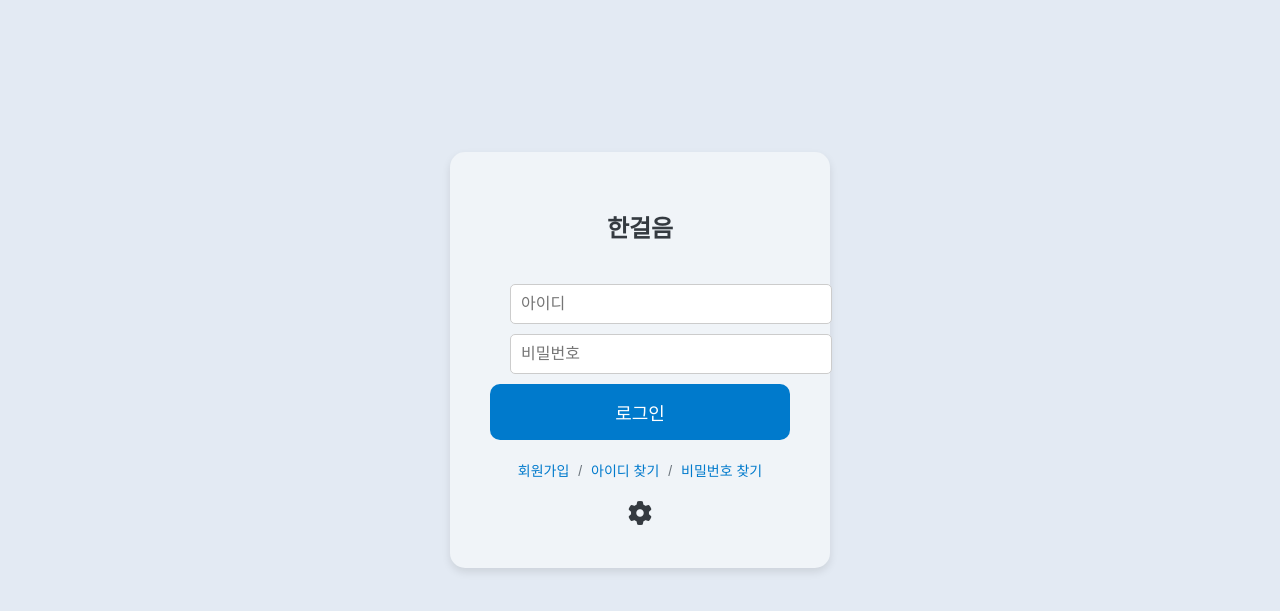
Repository: step-by-steps/step_by_steps_web
Page: http://localhost/login
An editor plug-in stored every save of this project. The page is shown before and after the next save, followed by the edit.
The browser window is 1280 px wide. The pictures show the whole page.
The page is served by the project's application, run on Flask 3 (main.py).

Above is the page before, as saved 2024-08-07 18:35:14.

### templates/login.html
<!DOCTYPE html>
<html lang="ko">
<head>
    <meta charset="UTF-8">
    <meta name="viewport" content="width=device-width, initial-scale=1.0">
    <title>로그인</title>
    <link rel="stylesheet" href="{{ url_for('static', filename='css/style.css') }}">
    <link rel="stylesheet" href="https://cdnjs.cloudflare.com/ajax/libs/font-awesome/6.0.0-beta3/css/all.min.css">
    <script>
        window.onload = function() {
            var storedFontSize = localStorage.getItem('fontSize');
            if (storedFontSize) {
                document.body.style.fontSize = storedFontSize + 'px';
            }
        }
    </script>
</head>
<body>
    <div class="container">
        <h1>한걸음</h1>
        <form method="POST" action="{{ url_for('login') }}">
            <input type="text" name="username" placeholder="아이디" class="input-field">
            <input type="password" name="password" placeholder="비밀번호" class="input-field">
            <button type="submit" class="login-btn">로그인</button>
        </form>
        <div class="footer-links">
            <a href="#">회원가입</a> / <a href="#">아이디 찾기</a> / <a href="#">비밀번호 찾기</a>
        </div>
        <div class="settings-icon">
            <a href="{{ url_for('settings') }}"><i class="fas fa-cog"></i></a>
        </div>
    </div>
</body>
</html>

### main.py
from flask import Flask, render_template, request, redirect, url_for, session
import mysql.connector

app = Flask(__name__)
app.secret_key = '011'

db_config = {
    'user': 'ondy',
    'password': '030104',
    'host': '172.20.10.12',
    'database': 'login_data',
    'collation': 'utf8mb4_general_ci'
}

def get_db_connection():
    conn = mysql.connector.connect(**db_config)
    return conn

def validate_user(username, password):
    conn = get_db_connection()
    cursor = conn.cursor(dictionary=True)
    cursor.execute("SELECT * FROM users WHERE username=%s AND password=%s", (username, password))
    user = cursor.fetchone()
    # 모든 결과를 명시적으로 읽음
    while cursor.nextset():
        cursor.fetchall()
    cursor.close()
    conn.close()
    return user

@app.route('/')
def home():
    if 'username' in session:
        return redirect(url_for('index'))
    return redirect(url_for('login'))

@app.route('/index')
def index():
    if 'username' in session:
        return render_template('index.html')
    return redirect(url_for('login'))

@app.route('/login', methods=['GET', 'POST'])
def login():
    if request.method == 'POST':
        username = request.form['username']
        password = request.form['password']
        user = validate_user(username, password)
        if user:
            session['username'] = user['username']
            return redirect(url_for('index'))
        else:
            return '로그인 실패'
    return render_template('login.html')

@app.route('/logout')
def logout():
    session.pop('username', None)
    return redirect(url_for('login'))

@app.route('/step1')
def step1():
    if 'username' not in session:
        return redirect(url_for('login'))
    return "Step 1 page"

@app.route('/step2')
def step2():
    if 'username' not in session:
        return redirect(url_for('login'))
    return "Step 2 page"

@app.route('/step3')
def step3():
    if 'username' not in session:
        return redirect(url_for('login'))
    return "Step 3 page"

@app.route('/settings')
def settings():
    if 'username' in session:
        return render_template('settings.html')
    return redirect(url_for('login'))

if __name__ == '__main__':
    app.run(debug=True, port=5002)

### static/css/style.css
body {
    background-color: #E3EAF3; /* 밝은 블루그레이 배경색 */
    font-family: Arial, sans-serif;
    display: flex;
    justify-content: center;
    align-items: center;
    height: 100vh;
    margin: 0;
    font-size: 16px; /* 기본 글자 크기 */
}

.container {
    text-align: center;
    background-color: #F0F4F8; /* 기존보다 명도 높은 배경색 */
    padding: 40px;
    border-radius: 15px;
    box-shadow: 0 4px 8px rgba(0, 0, 0, 0.1);
    width: 300px;
}

h1 {
    margin-bottom: 40px;
    color: #343A40; /* 짙은 회색 텍스트 */
    font-size: 24px; /* 헤더 글자 크기 */
}

a.btn, button.btn {
    display: block;
    background-color: #007ACC; /* 선명한 파란색 버튼 */
    color: #fff;
    text-decoration: none;
    padding: 15px 20px;
    margin: 10px 0;
    border-radius: 10px;
    border: none;
    cursor: pointer;
    transition: background-color 0.3s ease;
    font-size: 18px; /* 버튼 글자 크기 */
    text-align: center; /* 추가 */
}
button.login-btn {
    display: block;
    width: 100%;
    background-color: #007ACC; /* 선명한 파란색 버튼 */
    color: #fff;
    text-decoration: none;
    padding: 15px 20px;
    margin: 10px 0;
    border-radius: 10px;
    border: none;
    cursor: pointer;
    transition: background-color 0.3s ease;
    font-size: 18px; /* 버튼 글자 크기 */
    text-align: center; /* 추가 */
}
a.btn:hover, button.btn:hover {
    background-color: #005f99; /* hover 효과를 위한 더 진한 파란색 */
}

.settings-icon {
    margin-top: 20px;
}

.settings-icon a {
    color: #343A40; /* 아이콘 색상 */
    font-size: 24px;
    text-decoration: none;
    transition: color 0.3s ease;
}

.settings-icon a:hover {
    color: #007ACC; /* 아이콘 hover 색상 */
}

.input-field {
    display: block;
    width: 100%;
    margin: 10px 20px;
    padding: 10px;
    border: 1px solid #ccc;
    border-radius: 5px;
    font-size: 16px; /* 입력 필드 글자 크기 */
}

.footer-links {
    margin-top: 20px;
    color: #6C757D;
    font-size: 14px;
}

.footer-links a {
    color: #007ACC;
    text-decoration: none;
    margin: 0 5px;
    font-size: 14px; /* 푸터 링크 글자 크기 */
}

.header {
    display: flex;
    align-items: center;
    margin-bottom: 20px;
}

.header h1 {
    flex: 1;
    text-align: center;
    margin: 0;
    color: #343A40;
}

.back-button {
    color: #343A40;
    text-decoration: none;
    font-size: 24px;
}

After the next save:
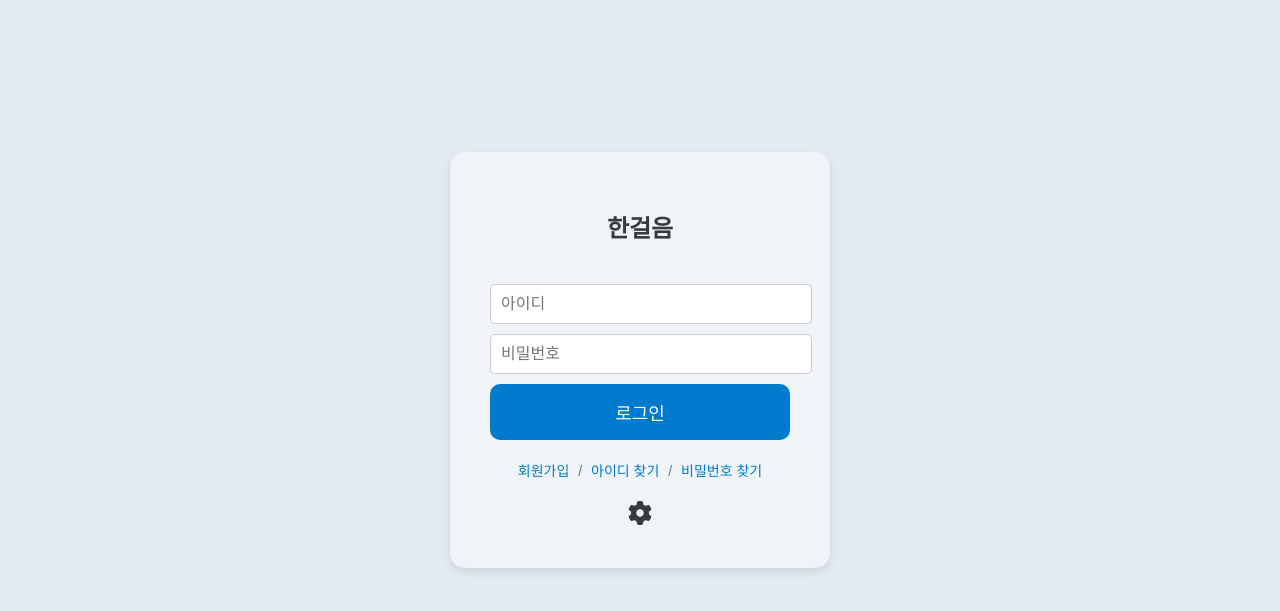
Saved 6 s later.
--- a/static/css/style.css
+++ b/static/css/style.css
@@ -75,7 +75,7 @@ a.btn:hover, button.btn:hover {
 .input-field {
     display: block;
     width: 100%;
-    margin: 10px 20px;
+    margin: 10px 0;
     padding: 10px;
     border: 1px solid #ccc;
     border-radius: 5px;
